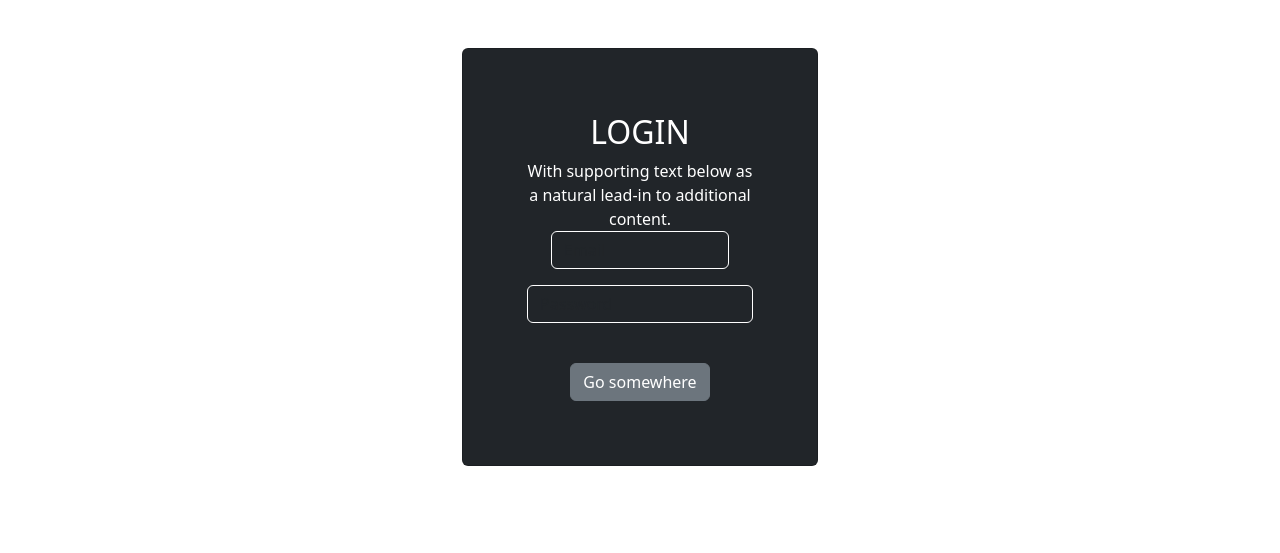
Repository: Rohit1995K/React-redux
Page: /
The author's editor kept a copy of each file at every save. The page is drawn from the files as they stood at one save, then again after the next save.
The browser window is 1280 px wide. The pictures show the whole page.
The project was rebuilt for these pictures with package versions that can differ from the ones it lists, and the page was loaded fresh each time. Also part of the build but not shown: src/Components/CartItem.js, src/Containers/CartContainer.js, src/Components/Navbar.js.

Above is the page before, as saved 2022-10-25 12:33:14.

After the next save:
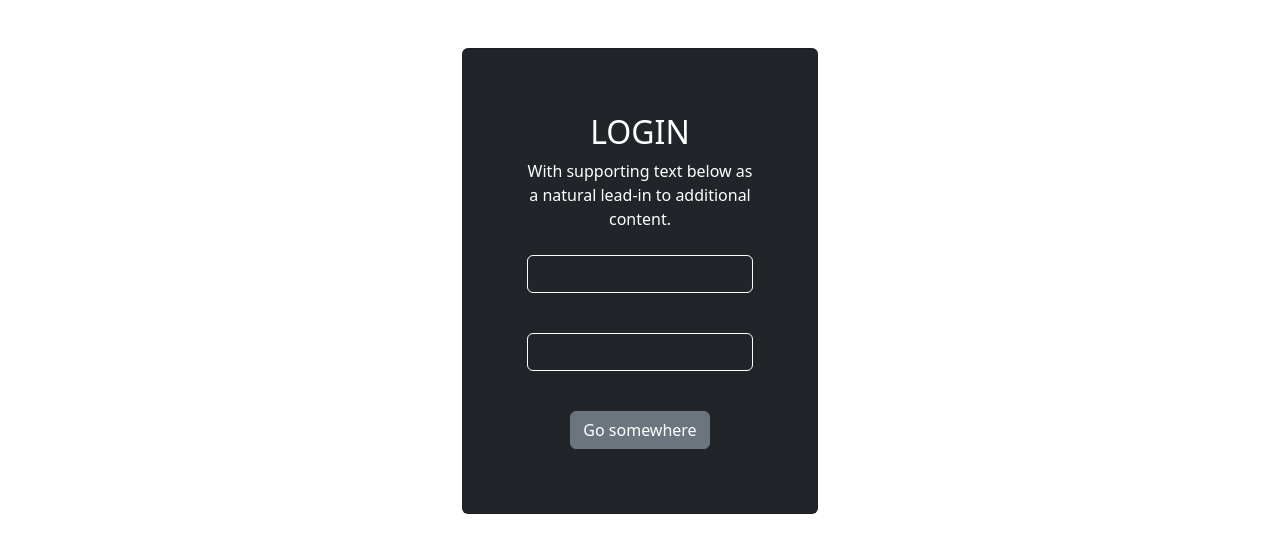
Saved 5 s later.
--- a/src/Components/Login/Login.js
+++ b/src/Components/Login/Login.js
@@ -18,7 +18,7 @@ const Login = () => {
                             With supporting text below as a natural lead-in to additional content.
                             <Form>
                                 <FormGroup row>
-                                    <Col className="mx-4">
+                                    <Col className="my-4">
                                         <Input id="exampleEmail" name="email" placeholder="Email" type="email"/>
                                     </Col>
                                 </FormGroup>
